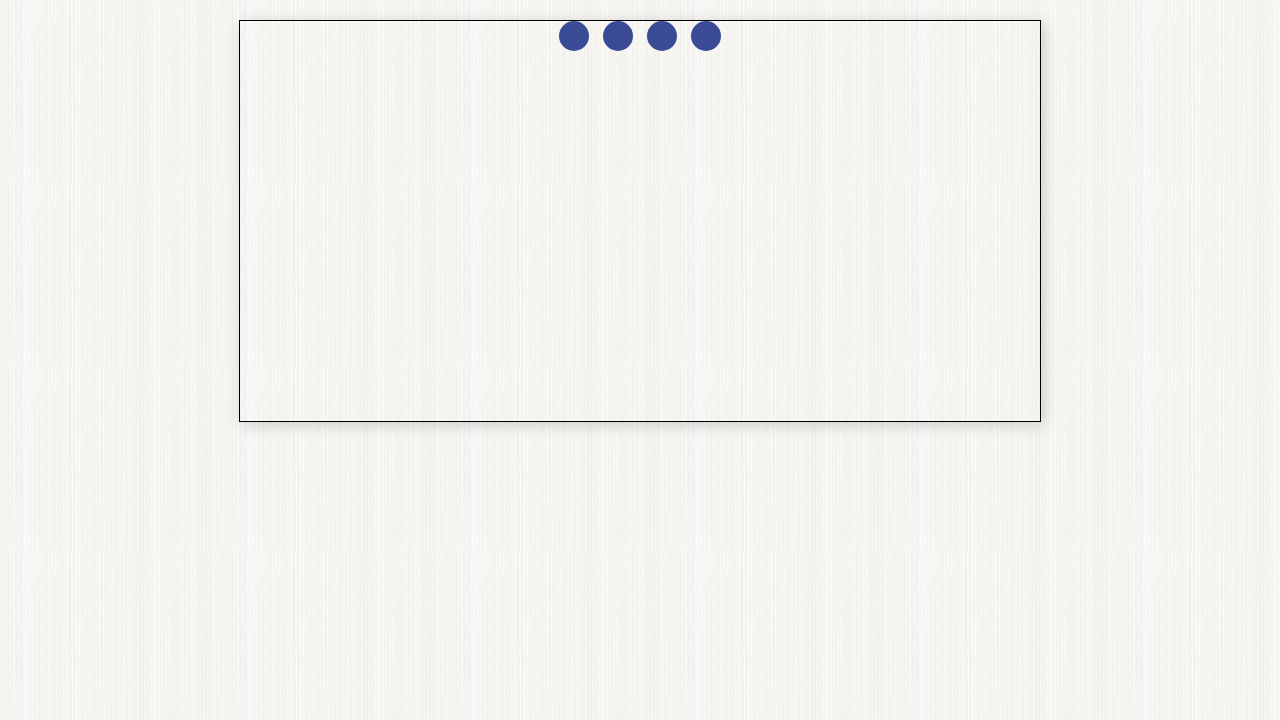
Repository: lauroPereira/study
Page: http://localhost/modules/home/home.php
An editor plug-in stored every save of this project. The page is shown before and after the next save, followed by the edit.
The browser window is 1280 px wide. The pictures show the whole page.
The page is run by PHP 8.4 with error messages shown; the project is at /var/www/html/.

Above is the page before, as saved 2016-06-14 04:30:26.

After the next save:
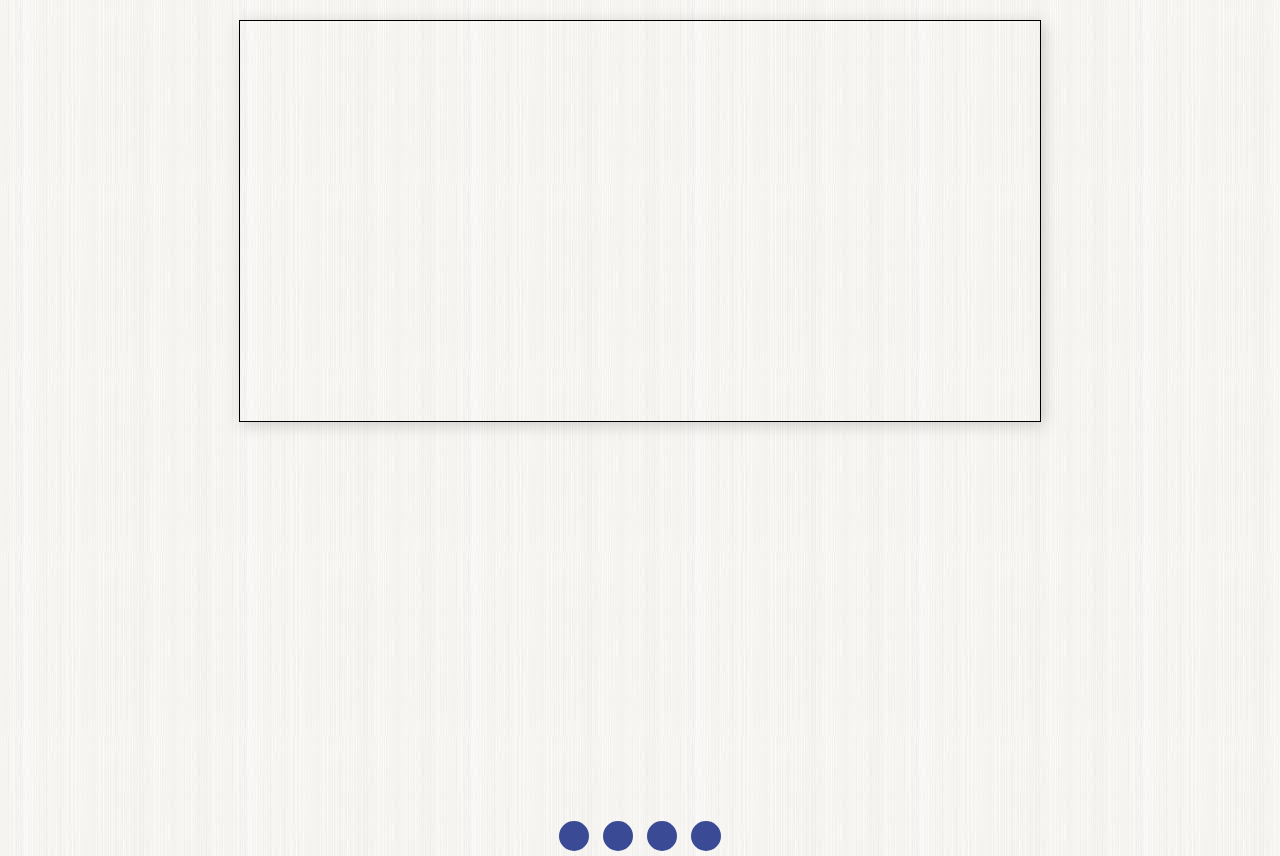
Saved 62 s later.
--- a/TrabalhoFinalWeb/css/home.css
+++ b/TrabalhoFinalWeb/css/home.css
@@ -16,6 +16,7 @@
 	background-color: #3A4A95;
 	display: inline-block;
 	margin: 0 auto;
+	margin-top: 100%;
 }
 
 #carousel > div ~ div{
